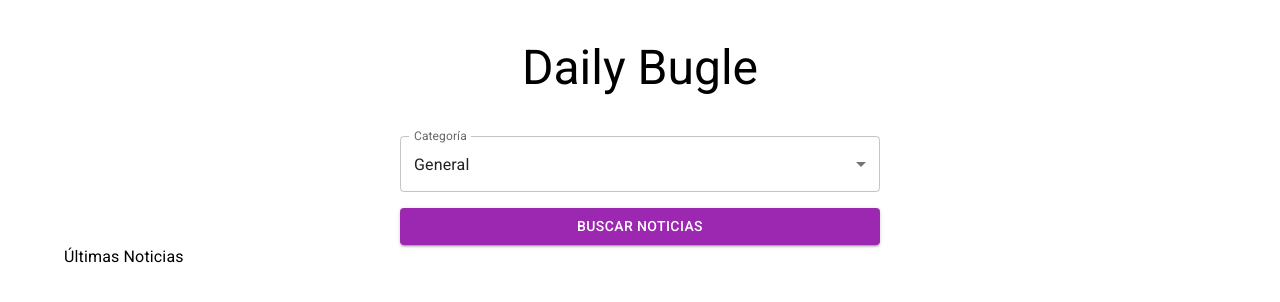
Repository: CarlosCamposRodriguez99/noticiasApp
Page: /
The author's editor kept a copy of each file at every save. The page is drawn from the files as they stood at one save, then again after the next save.
The browser window is 1280 px wide. The pictures show the whole page.
The page's requests for data from a server got no answer. Some web fonts or font styles are not loaded; a fallback is used. The project was rebuilt for these pictures with package versions that can differ from the ones it lists, and the page was loaded fresh each time. No one was signed in, and anything a server would have sent is missing. Also part of the build but not shown: vite.config.js.

Above is the page before, as saved 2022-06-07 20:32:49.

After the next save:
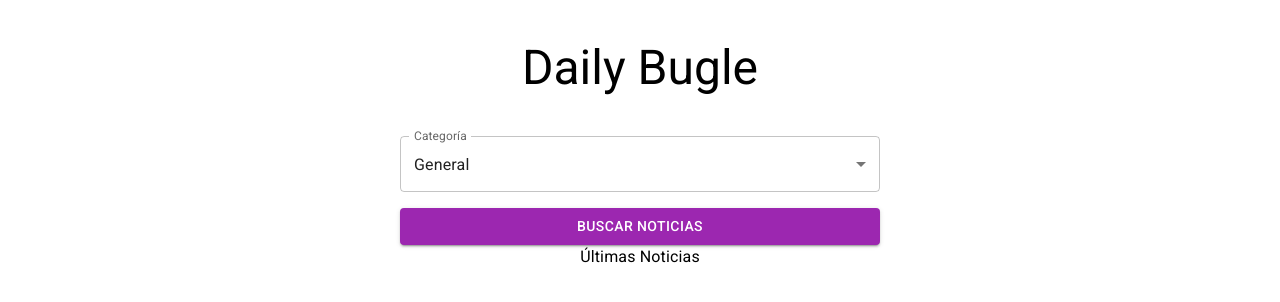
Saved 26 s later.
--- a/src/components/ListadoNoticias.jsx
+++ b/src/components/ListadoNoticias.jsx
@@ -4,7 +4,9 @@
 const ListadoNoticias = () => {
   return (
     <>
-        <Typography>
+        <Typography
+          textAlign='center'
+        >
           Últimas Noticias
         </Typography>
     </>
